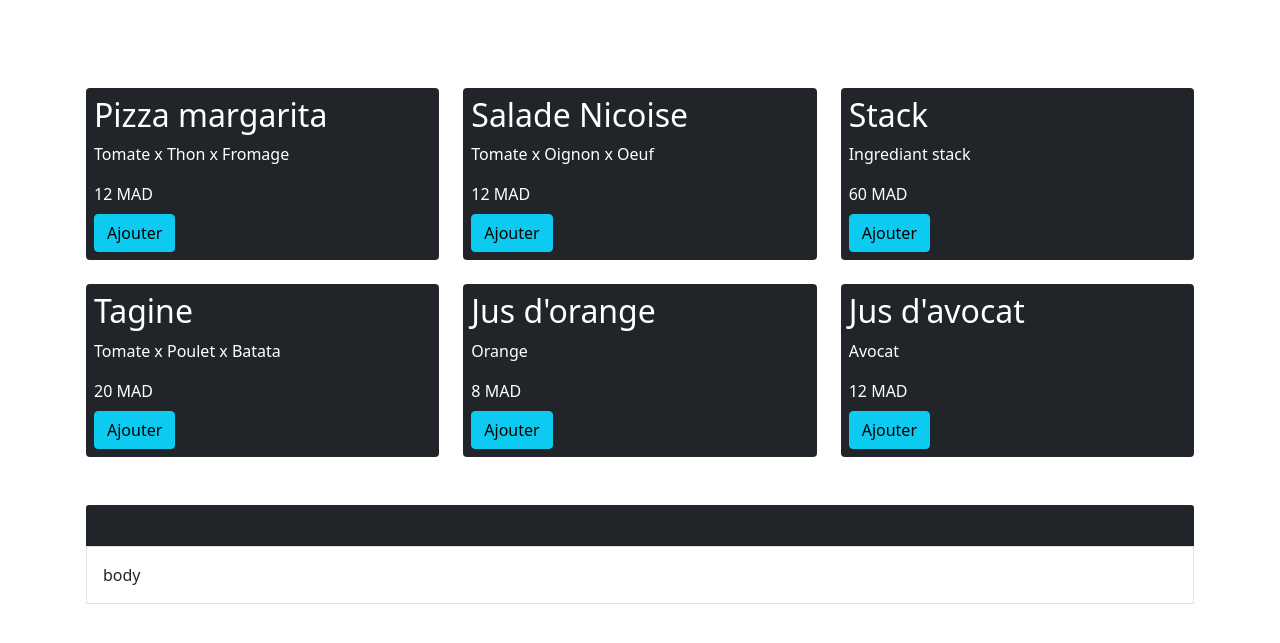
Repository: FS-23/my-restaurant
Page: /
These files come from the project's save history. The page is drawn as it stood at one moment and after the next save; the edit follows.
The browser window is 1280 px wide. The pictures show the whole page.
The project was rebuilt for these pictures with package versions that can differ from the ones it lists, and the page was loaded fresh each time.

Above is the page before, as saved 2022-04-29 14:35:58.

### public/index.html
<!DOCTYPE html>
<html lang="en">
  <head>
    <meta charset="utf-8" />
    <link rel="icon" href="%PUBLIC_URL%/favicon.ico" />
    <meta name="viewport" content="width=device-width, initial-scale=1" />
    <meta name="theme-color" content="#000000" />
    <meta
      name="description"
      content="Web site created using create-react-app"
    />
    <link rel="apple-touch-icon" href="%PUBLIC_URL%/logo192.png" />
    <!--
      manifest.json provides metadata used when your web app is installed on a
      user's mobile device or desktop. See https://developers.google.com/web/fundamentals/web-app-manifest/
    -->
    <link rel="manifest" href="%PUBLIC_URL%/manifest.json" />
    <!--
      Notice the use of %PUBLIC_URL% in the tags above.
      It will be replaced with the URL of the `public` folder during the build.
      Only files inside the `public` folder can be referenced from the HTML.

      Unlike "/favicon.ico" or "favicon.ico", "%PUBLIC_URL%/favicon.ico" will
      work correctly both with client-side routing and a non-root public URL.
      Learn how to configure a non-root public URL by running `npm run build`.
    -->
    <title>React App</title>
    <!-- CSS only -->
<link href="https://cdn.jsdelivr.net/npm/bootstrap@5.1.3/dist/css/bootstrap.min.css" rel="stylesheet">
  </head>
  <body>
    <noscript>You need to enable JavaScript to run this app.</noscript>
    <div id="root"></div>
    <!--
      This HTML file is a template.
      If you open it directly in the browser, you will see an empty page.

      You can add webfonts, meta tags, or analytics to this file.
      The build step will place the bundled scripts into the <body> tag.

      To begin the development, run `npm start` or `yarn start`.
      To create a production bundle, use `npm run build` or `yarn build`.
    -->
  </body>
</html>

### src/index.css
.plat-container:hover {
     top: -10px;

}

.plat-container {
  top: 0;
  transition: top 0.5s;
}


.app-gradient-container {
   background-image: linear-gradient(160deg , red , blue);
   opacity: 0.2;
}

### src/App.js
import Menu from './components/Menu'
function App() {
  return (
    <div className="">
       <div className='vw-100 vh-100 position-fixed text-white'>
           <div className='position-absolute d-none top-0 w-100 h-100 bg-dark app-gradient-container'>

           </div>

       </div>

       <div className="mt-5 p-3 rounded container ">
              <Menu />
        </div>
    </div>
  );
}

export default App;

### src/components/Menu.js
import { useState } from "react"
import Plat from "./Plat"
function Menu(){
    let [orders , setOrders] = useState([])

    function handleOnClick(id){
          console.log("Je suis le plat numero "+ id)
          let plat  = menuList.find( (menu)=> menu.id == id)

          console.log('plat:', plat)
          setOrders( orders => ([...orders , plat]) )

          setTimeout( function(){
               console.log('orders:', orders)
          },2000)

    }
    let menuList = [
          {id: 1 , name: "Pizza margarita" , price: 12 , ingredient: "Tomate x Thon x Fromage"},
          {id: 2 , name: "Salade Nicoise" , price: 12 , ingredient: "Tomate x Oignon x Oeuf"},
          {id: 3 , name: "Stack" , price: 60 , ingredient: "Ingrediant stack"},
          {id: 4 , name: "Tagine" , price: 20 , ingredient: "Tomate x Poulet x Batata"},
          {id: 5 , name: "Jus d'orange" , price: 8 , ingredient: "Orange"},
          {id: 6 , name: "Jus d'avocat" , price: 12 , ingredient: "Avocat"},
    ]


    return (
        <div className="row">
           {
               menuList.map((menu , index) =>   < Plat key={index} plat={{...menu, onChoose: handleOnClick }} />)
           }
           <div className="card w-100 m-auto border-0 mt-5">
                 <div className="card-header bg-dark">Mes commandes</div>
                  <div className="card-body border">body</div>
           </div>
           <div className="bg-dark rounded mt-5 d-none">
                    {
                        orders.map((menu , index) =>   <h2 className="text-dark" key={index}>{menu.name}</h2>)
                    }
           </div>

        </div>
    )
}

export default Menu

### src/components/Plat.js

function Plat (props){
    let {plat} = props
    console.log('prpos:', plat)
    return(
        <div className=" col-1 col-sm-2 text-white col-lg-4 mt-4 position-relative plat-container" >
            <div className="bg-dark p-2 rounded">
                <h2>{plat.name} </h2>
                <p> {plat.ingredient}</p>
                <div>
                    {plat.price} MAD
                </div>
                <button className="btn btn-info mt-2" onClick={()=> {plat.onChoose(plat.id)}}>Ajouter</button>
            </div>
       </div>


    )
}

export default Plat

Loaded but not shown: src/index.js (common file)

After the next save:
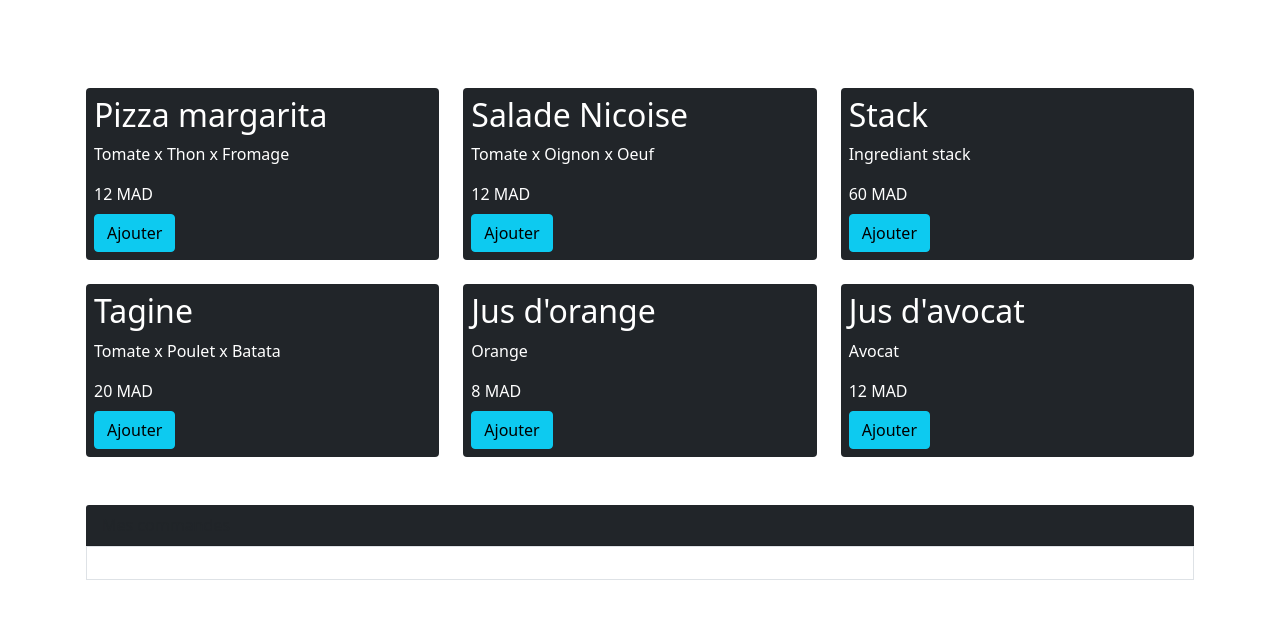
Saved 38 s later.
--- a/src/components/Menu.js
+++ b/src/components/Menu.js
@@ -32,12 +32,11 @@ function Menu(){
            }
            <div className="card w-100 m-auto border-0 mt-5">
                  <div className="card-header bg-dark">Mes commandes</div>
-                  <div className="card-body border">body</div>
-           </div>
-           <div className="bg-dark rounded mt-5 d-none">
+                  <div className="card-body border">
                     {
                         orders.map((menu , index) =>   <h2 className="text-dark" key={index}>{menu.name}</h2>)
                     }
+                  </div>
            </div>
 
         </div>
